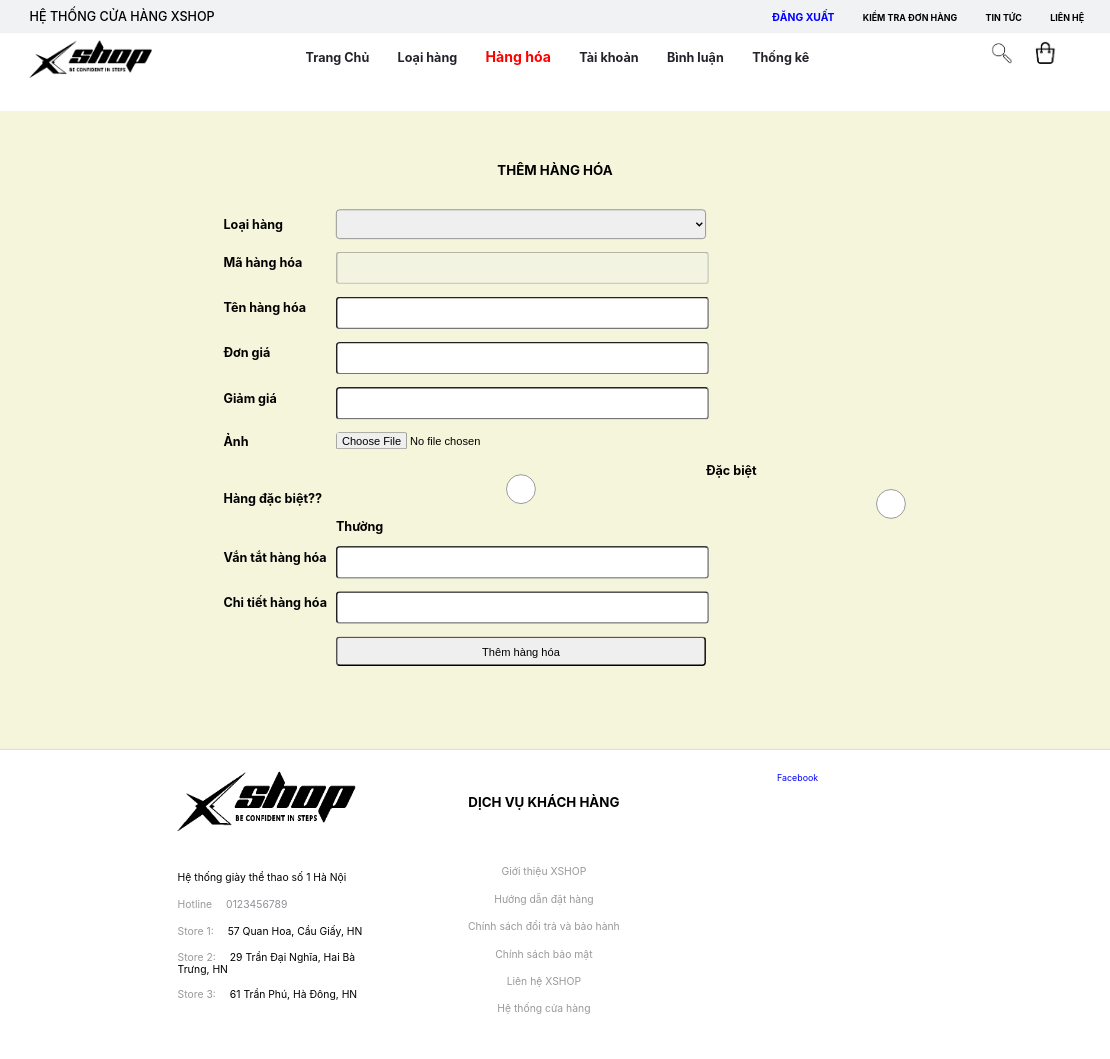
Repository: tienaq123/dam
Page: http://localhost/ass/ad/themsanpham.php
These files come from the project's save history. The page is drawn as it stood at one moment and after the next save; the edit follows.
The browser window is 1280 px wide. The page is 1500 px wide, so the pictures cover 1500 px, including what lies to the right of the window. The pictures show the whole page, at 74% of full size.
The page is run by PHP 8.4 with error messages shown; the project is at /var/www/html/. Queries for data that is not in the repository find no rows.

Above is the page before, as saved 2021-10-22 02:22:02.

After the next save:
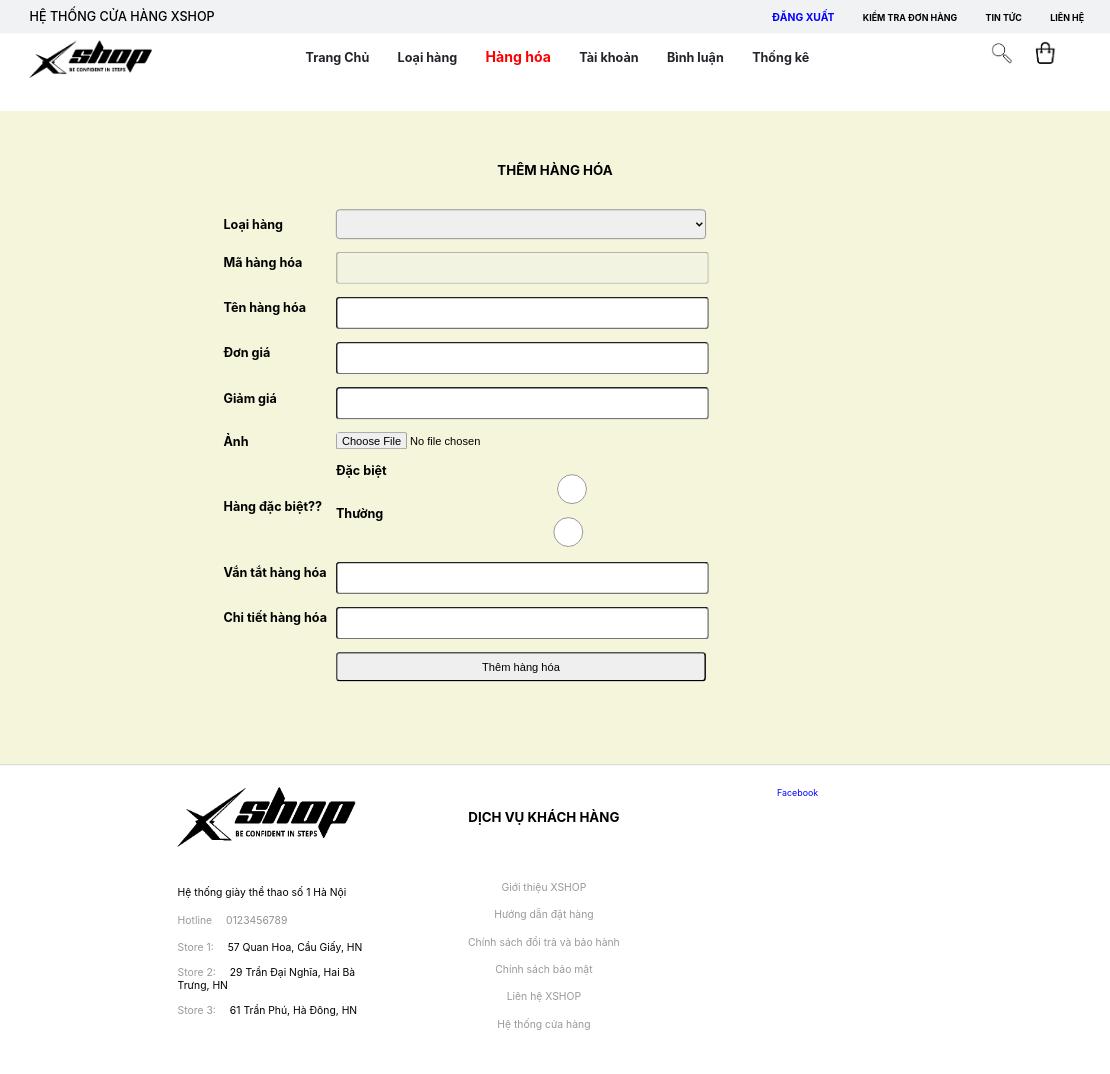
Saved 27 s later.
--- a/ad/themsanpham.php
+++ b/ad/themsanpham.php
@@ -96,8 +96,8 @@
 
                     <tr>
                         <td class="left">Hàng đặc biệt??</td>
-                        <td class="right"><input style="float: left;" name="dac_biet" type="radio" value="dac_biet" /><span style="font-size: 17px; font-weight:bold; float:left;"> Đặc biệt</span>
-                                          <input style="float: left;" name="dac_biet" type="radio" value="thuong" /><span style="font-size: 17px; font-weight:bold; float:left;"> Thường</span> <br>
+                        <td class="right"><input name="dac_biet" type="radio" value="dac_biet" /><span style="font-size: 17px; font-weight:bold; float:left;"> Đặc biệt</span>
+                                          <input name="dac_biet" type="radio" value="thuong" /><span style="font-size: 17px; font-weight:bold; float:left;"> Thường</span> <br>
                         </td>
                     </tr>
 
